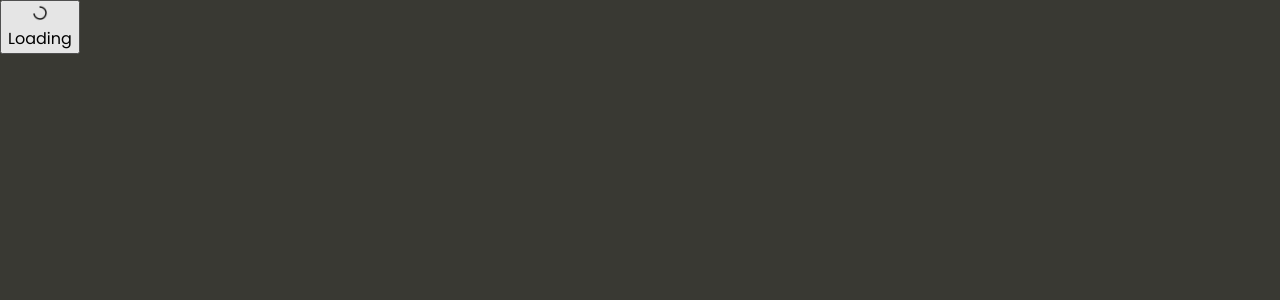
Repository: hoang0508/ReactJsDevWork
Page: /
An editor plug-in stored every save of this project. The page is shown before and after the next save, followed by the edit.
The browser window is 1280 px wide. The pictures show the whole page.
The project was rebuilt for these pictures with package versions that can differ from the ones it lists, and the page was loaded fresh each time.

Above is the page before, as saved 2022-02-01 22:50:33.

### src/index.scss
body {
  margin: 0;
  font-family: "Poppins", sans-serif;
  font-size: 16px;
  -webkit-font-smoothing: antialiased;
  -moz-osx-font-smoothing: grayscale;
}

code {
  font-family: source-code-pro, Menlo, Monaco, Consolas, "Courier New",
    monospace;
}

### src/App.js
import "./App.scss";
import Button from "./components/Button/Button";
// import Food from "./components/FoodApi/Food";

function App() {
  return (
    <>
      {/* <div>Hello</div> */}
      {/* <Food /> */}
      <Button />
    </>
  );
}

export default App;

### src/App.scss
@import url("https://fonts.googleapis.com/css2?family=Poppins:ital,wght@0,300;0,400;0,500;0,600;0,700;1,600&family=Red+Hat+Display:wght@300;400;500;600;700&display=swap");
*,
*::before,
*::after {
  box-sizing: border-box;
}
body,
h1,
h2,
h3,
h4,
h5,
h6,
p,
figure,
picture {
  margin: 0;
}
body {
  min-height: 100vh;
  line-height: 1.5;
}
input,
button,
select,
textarea {
  font: inherit;
}
img,
picture {
  display: block;
  max-width: 100%;
}
/* remove animation for people who've turned them off */
@media (prefers-reduced-motion: reduce) {
  *,
  *::before,
  *::after {
    animation-duration: 0.01ms !important;
    animation-iteration-count: 1 !important;
    transition-duration: 0.01ms !important;
    scroll-behavior: auto !important;
  }
}

body {
  background-color: #393933;
}

### src/components/Button/Button.js
import React from "react";
import "boxicons/css/boxicons.min.css";
const Button = () => {
  return (
    <div>
      <button className="btn">
        <div className="btn-spinner">
          <i className="bx bx-loader-alt bx-spin"></i>
        </div>
        <span className="btn-text">Loading</span>
      </button>
    </div>
  );
};

export default Button;

### src/components/Button/Button.scss
.btn {
  margin: 50px;
  background-color: #2cccff;
  outline: none;
  border: 0;
}

Loaded but not shown: public/index.html (common file); src/index.js (common file); src/reportWebVitals.js (common file)

After the next save:
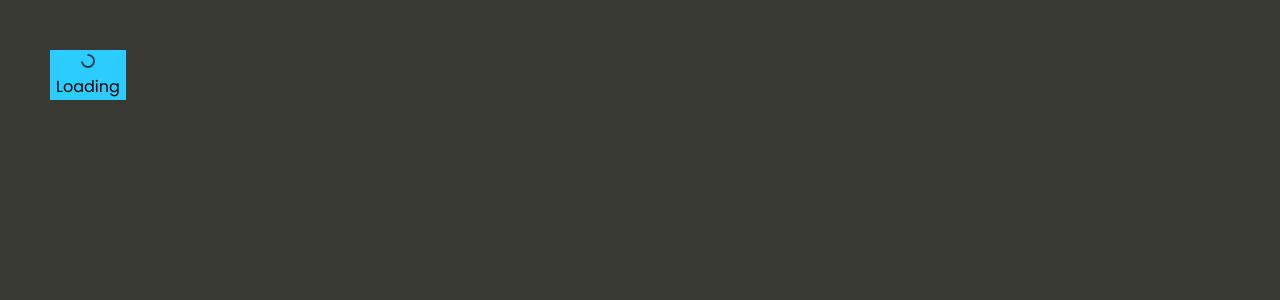
Saved 19 s later.
--- a/src/components/Button/Button.js
+++ b/src/components/Button/Button.js
@@ -1,4 +1,5 @@
 import React from "react";
+import "Button.scss";
 import "boxicons/css/boxicons.min.css";
 const Button = () => {
   return (
